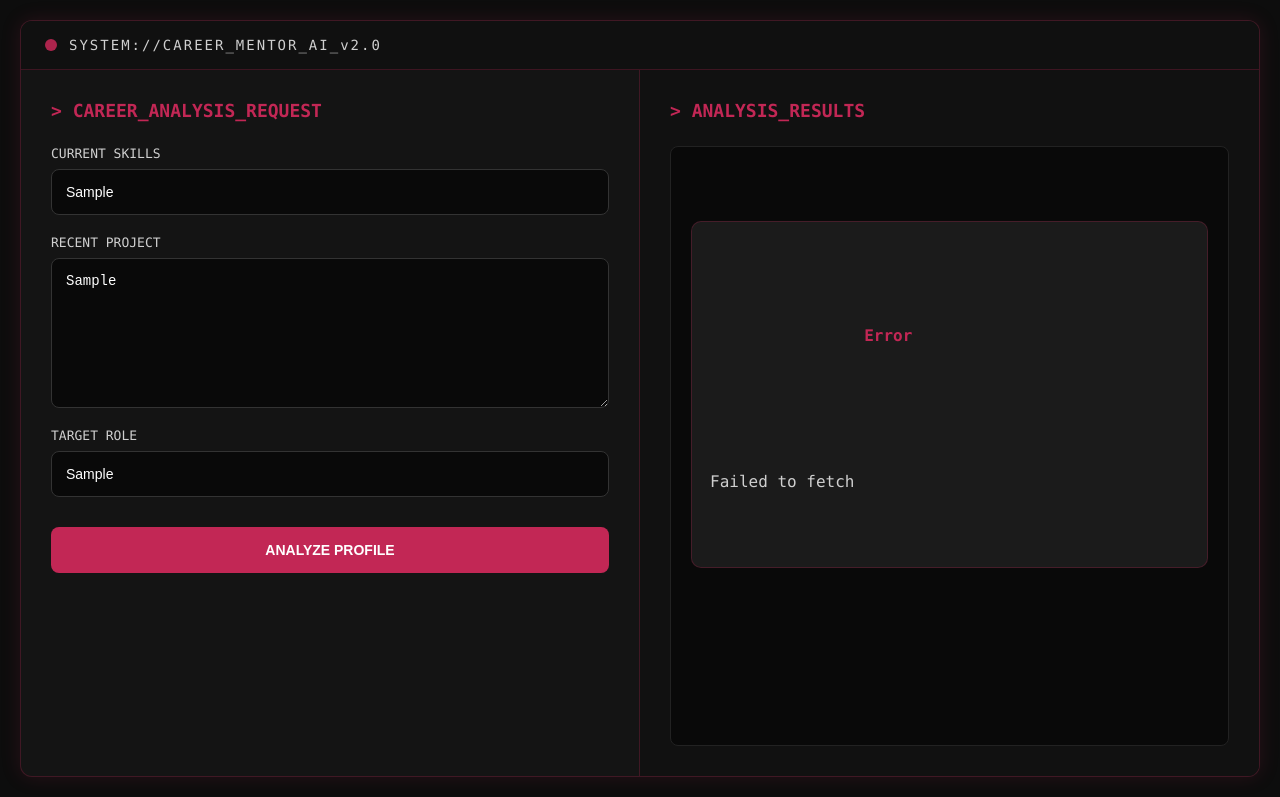
Repository: PratapOP/Career_Mentor_AI
Page: frontend/index.html
The author's editor kept a copy of each file at every save. The page is drawn from the files as they stood at one save, then again after the next save.
The browser window is 1280 px wide. The pictures show the whole page.
Empty fields were first filled with sample values (such as "Sample", 5 or name@example.com).
After loading, the first visible `#mentorForm` was submitted once.
The page's requests for data from a server got no answer.

Above is the page before, as saved 2026-06-09 10:00:58.

After the next save:
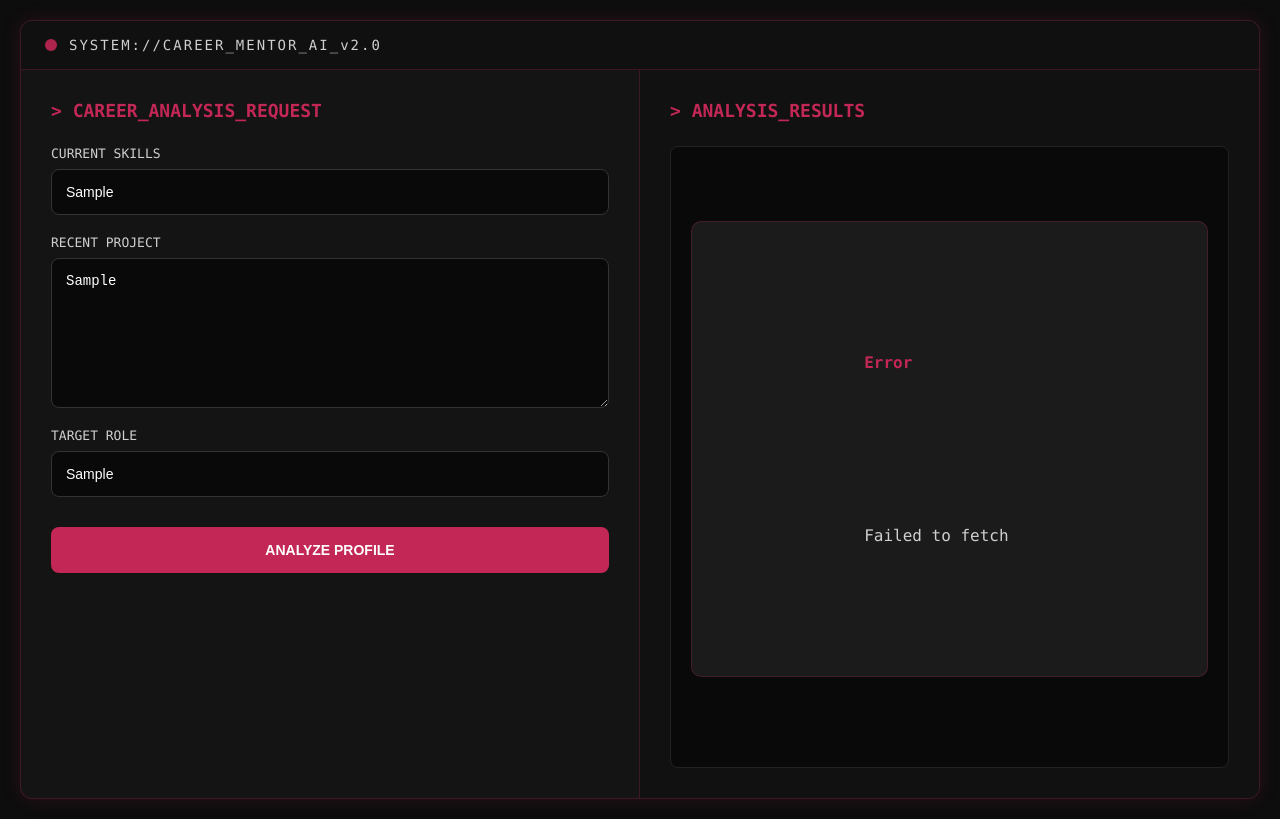
Saved 26 h 50 min later.
--- a/frontend/app.js
+++ b/frontend/app.js
@@ -1,23 +1,26 @@
 const API_BASE_URL = "http://127.0.0.1:5000";
 
-const form = document.getElementById(
-    "mentorForm"
-);
+const form = document.getElementById("mentorForm");
+const outputScreen = document.getElementById("outputScreen");
 
-const outputScreen = document.getElementById(
-    "outputScreen"
-);
+function escapeHtml(text) {
+
+    return text
+        .replace(/&/g, "&amp;")
+        .replace(/</g, "&lt;")
+        .replace(/>/g, "&gt;");
+}
 
 function showLoading() {
 
     outputScreen.innerHTML = `
         <div class="card">
             <div class="card-title">
-                Processing Request...
+                Analyzing Profile...
             </div>
 
             <p>
-                Analyzing profile and generating recommendations.
+                Career Mentor AI is generating recommendations.
             </p>
         </div>
     `;
@@ -27,21 +30,16 @@ function showError(message) {
 
     outputScreen.innerHTML = `
         <div class="card">
+
             <div class="card-title">
                 Error
             </div>
 
-            <p>${message}</p>
+            <p>
+                ${escapeHtml(message)}
+            </p>
+
         </div>
-    `;
-}
-
-function createBadge(skill) {
-
-    return `
-        <span class="badge">
-            ${skill}
-        </span>
     `;
 }
 
@@ -54,7 +52,9 @@ function renderAnalysis(data) {
                 AI Career Analysis
             </div>
 
-            <pre>${data.analysis}</pre>
+            <div style="white-space: pre-wrap; line-height: 1.8;">
+                ${escapeHtml(data.analysis)}
+            </div>
 
         </div>
     `;
@@ -72,8 +72,7 @@ async function getCareerAnalysis(
             method: "POST",
 
             headers: {
-                "Content-Type":
-                    "application/json"
+                "Content-Type": "application/json"
             },
 
             body: JSON.stringify({
@@ -90,7 +89,7 @@ async function getCareerAnalysis(
 
         throw new Error(
             data.error ||
-            "Career analysis failed."
+            "Failed to generate analysis."
         );
     }
 
@@ -103,23 +102,20 @@ form.addEventListener(
 
         event.preventDefault();
 
-        const skills =
-            document
-                .getElementById("skills")
-                .value
-                .trim();
+        const skills = document
+            .getElementById("skills")
+            .value
+            .trim();
 
-        const project =
-            document
-                .getElementById("project")
-                .value
-                .trim();
+        const project = document
+            .getElementById("project")
+            .value
+            .trim();
 
-        const target =
-            document
-                .getElementById("target")
-                .value
-                .trim();
+        const target = document
+            .getElementById("target")
+            .value
+            .trim();
 
         try {
 
@@ -136,7 +132,7 @@ form.addEventListener(
                 analysis
             );
 
-        } catch(error) {
+        } catch (error) {
 
             showError(
                 error.message
